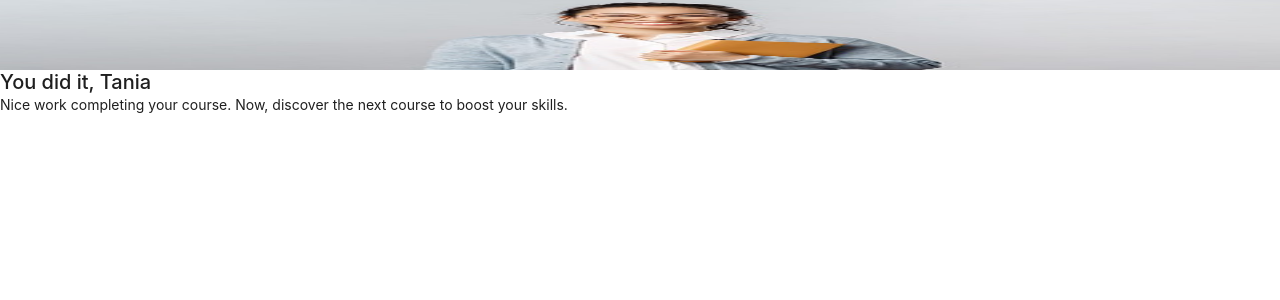
Repository: Taniafdes/newProject
Page: /home/home
These files come from the project's save history. The page is drawn as it stood at one moment and after a run of saves; the edit follows.
The browser window is 1280 px wide. The pictures show the whole page.
The project was rebuilt for these pictures with package versions that can differ from the ones it lists, and the page was loaded fresh each time. The framework's server and built-in components were replaced by stand-ins that run in the browser. Also part of the build but not shown: next.config.js.

Above is the page before, as saved 2023-06-15 17:02:14.

### pages/_app.js
import Head from "next/head";
import Script from "next/script";
import 'bootstrap/dist/css/bootstrap.css'
import 'bootstrap/dist/css/bootstrap.min.css'
function MyApp({ Component, pageProps }) {
  return (
    <>
      <Head>
        <meta name="viewport" content="width=device-width, initial-scale=1" />
      </Head>

      <Script
        src="https://cdn.jsdelivr.net/npm/bootstrap@5.0.0-beta1/dist/js/bootstrap.bundle.min.js"
        integrity="sha384-ygbV9kiqUc6oa4msXn9868pTtWMgiQaeYH7/t7LECLbyPA2x65Kgf80OJFdroafW"
        crossOrigin="anonymous"
      />
      <Component {...pageProps} />
    </>
  );
}
export default MyApp;

### pages/home/home.js
import { Carousel } from 'antd';
import { Card } from 'react-bootstrap';
import Image from 'next/image';

const Home = () => {
  const onChange = (currentSlide) => {
    console.log(currentSlide);
  };
  return (
    <Carousel afterChange={onChange}>
      <div>
        <Image src='/images/image1.jpg' width={0} height={0} style={{ width: '100%', height: '70px' }}/>
        <Card.Body>
        <Card.Title>You did it, Tania</Card.Title>
        <Card.Text>
        Nice work completing your course. Now, discover the next course to boost your skills.
        </Card.Text>
      </Card.Body>
      </div>
      <div>
      <Image src='/images/image2.jpg' width={0} height={0} style={{ width: '100%', height: '70px' }}/>
        <Card.Body>
        <Card.Title>We missed you, Tania</Card.Title>
        <Card.Text>Get back on track and achieve your goals. 5–10 minutes a day will do.
        </Card.Text>
      </Card.Body>
      </div>
      <div>
      <Image src='/images/image3.jpg' width={0} height={0} style={{ width: '100%', height: '70px' }}/>
        <Card.Body>
        <Card.Title>Skills for your future</Card.Title>
        <Card.Text>Expand your potential with a course for as little as ₹529. Sale ends June 16.
        </Card.Text>
      </Card.Body>
      </div>
    </Carousel>
  );
};
export default Home;

After the next 3 saves:
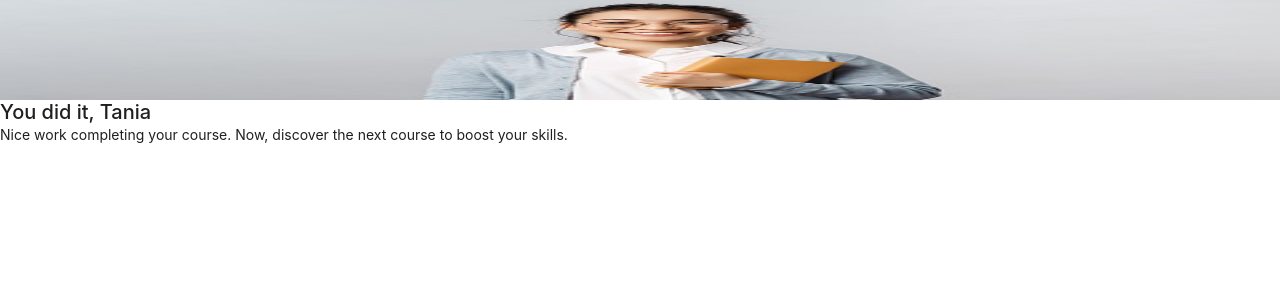
The 3 saves are shown as one change because they came seconds apart.
The last was saved 19 s later.
--- a/pages/home/home.js
+++ b/pages/home/home.js
@@ -9,7 +9,7 @@
   return (
     <Carousel afterChange={onChange}>
       <div>
-        <Image src='/images/image1.jpg' width={0} height={0} style={{ width: '100%', height: '70px' }}/>
+        <Image src='/images/image1.jpg' width={0} height={0} style={{ width: '100%', height: '100px' }}/>
         <Card.Body>
         <Card.Title>You did it, Tania</Card.Title>
         <Card.Text>
@@ -18,7 +18,7 @@
       </Card.Body>
       </div>
       <div>
-      <Image src='/images/image2.jpg' width={0} height={0} style={{ width: '100%', height: '70px' }}/>
+      <Image src='/images/image2.jpg' width={0} height={0} style={{ width: '100%', height: '100px' }}/>
         <Card.Body>
         <Card.Title>We missed you, Tania</Card.Title>
         <Card.Text>Get back on track and achieve your goals. 5–10 minutes a day will do.
@@ -26,7 +26,7 @@
       </Card.Body>
       </div>
       <div>
-      <Image src='/images/image3.jpg' width={0} height={0} style={{ width: '100%', height: '70px' }}/>
+      <Image src='/images/image3.jpg' width={0} height={0} style={{ width: '100%', height: '100px' }}/>
         <Card.Body>
         <Card.Title>Skills for your future</Card.Title>
         <Card.Text>Expand your potential with a course for as little as ₹529. Sale ends June 16.
